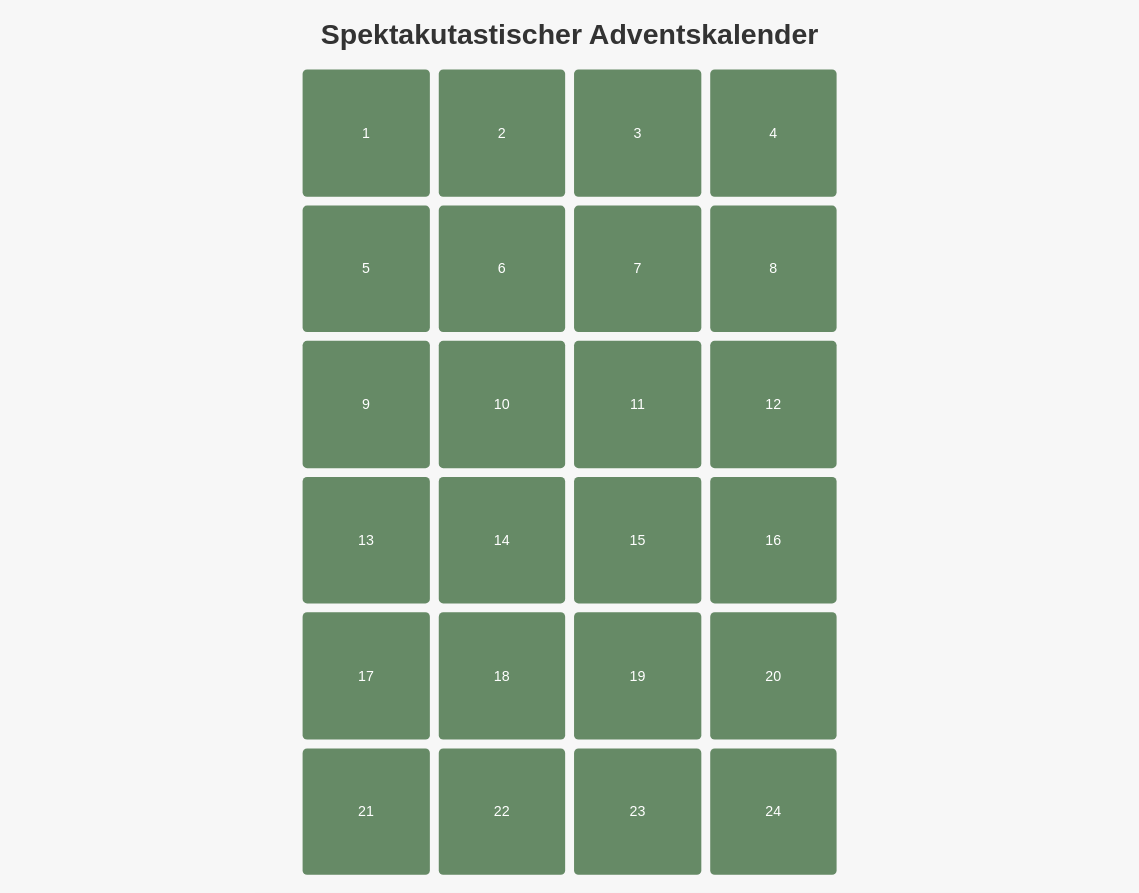
Repository: vickykey02/Adventskalender
Page: index.html
These files come from the project's save history. The page is drawn as it stood at one moment and after the next save; the edit follows.
The browser window is 1280 px wide. The pictures show the whole page, at 89% of full size.

Above is the page before, as saved 2024-11-28 21:26:05.

After the next save:
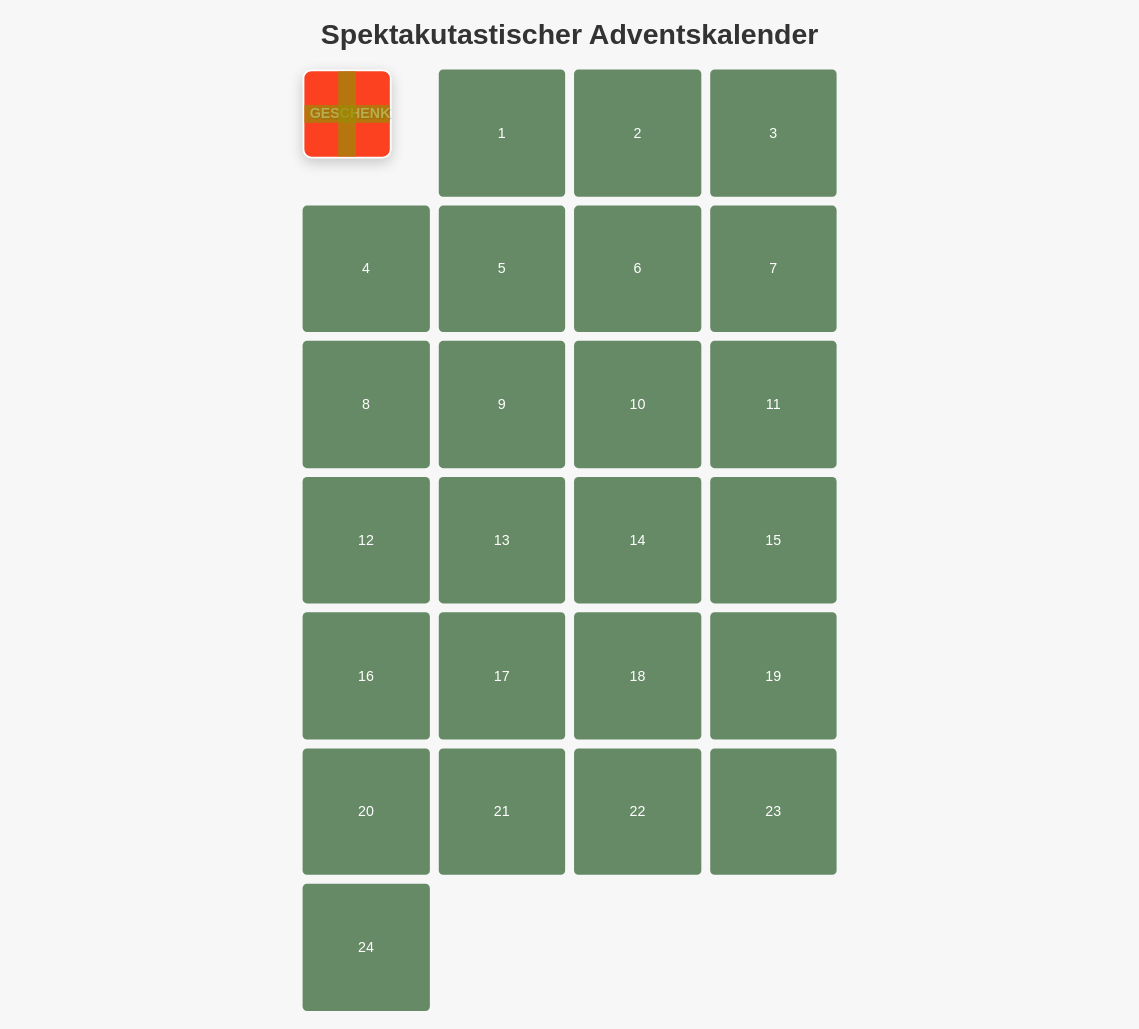
Saved 6 min 15 s later.
--- a/index.html
+++ b/index.html
@@ -9,6 +9,12 @@
 <body>
     <h1>Spektakutastischer Adventskalender</h1>
     <div class="calendar">
+        <button class="gift-button">
+            <span></span>
+            <span></span>
+            Geschenk
+        </button>
+
         <!-- Kalender wird hier generiert -->
     </div>
     <script src="app.js"></script>

After the save that followed:
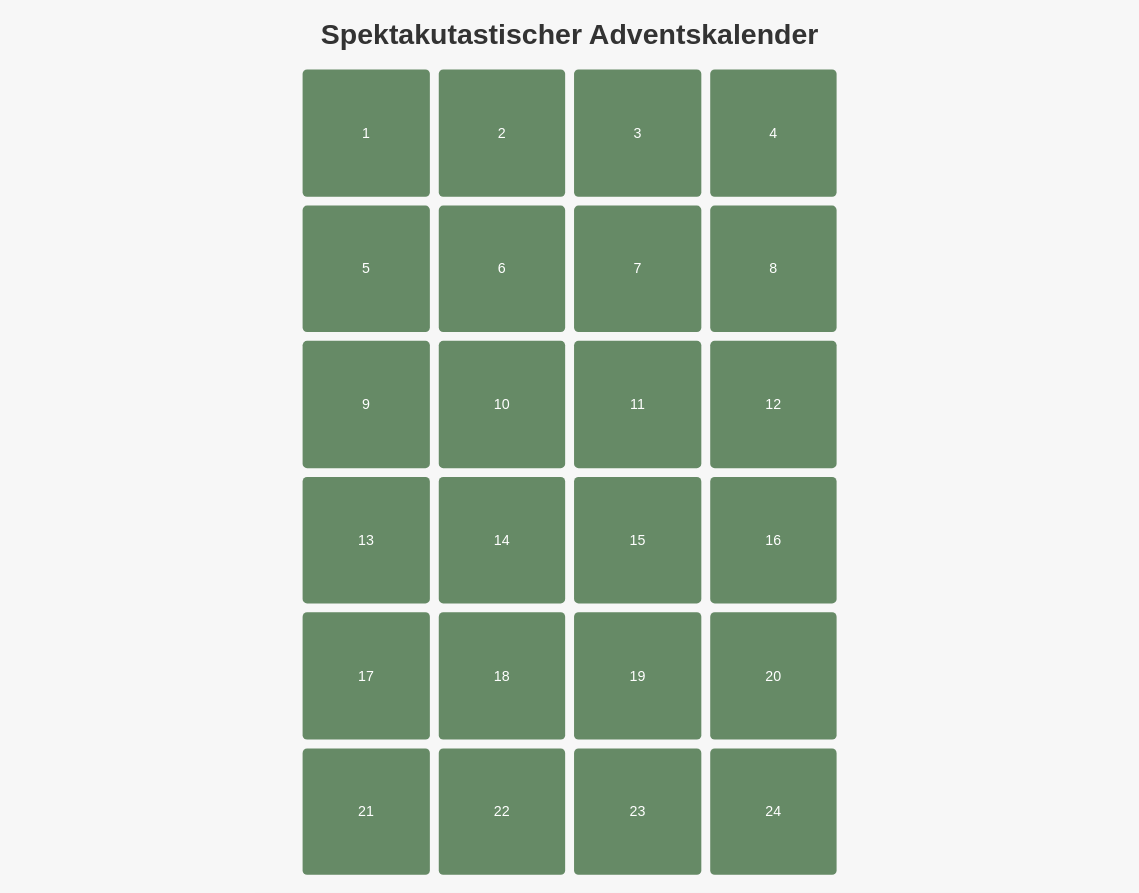
Saved 2 min 21 s later.
--- a/index.html
+++ b/index.html
@@ -9,12 +9,6 @@
 <body>
     <h1>Spektakutastischer Adventskalender</h1>
     <div class="calendar">
-        <button class="gift-button">
-            <span></span>
-            <span></span>
-            Geschenk
-        </button>
-
         <!-- Kalender wird hier generiert -->
     </div>
     <script src="app.js"></script>
